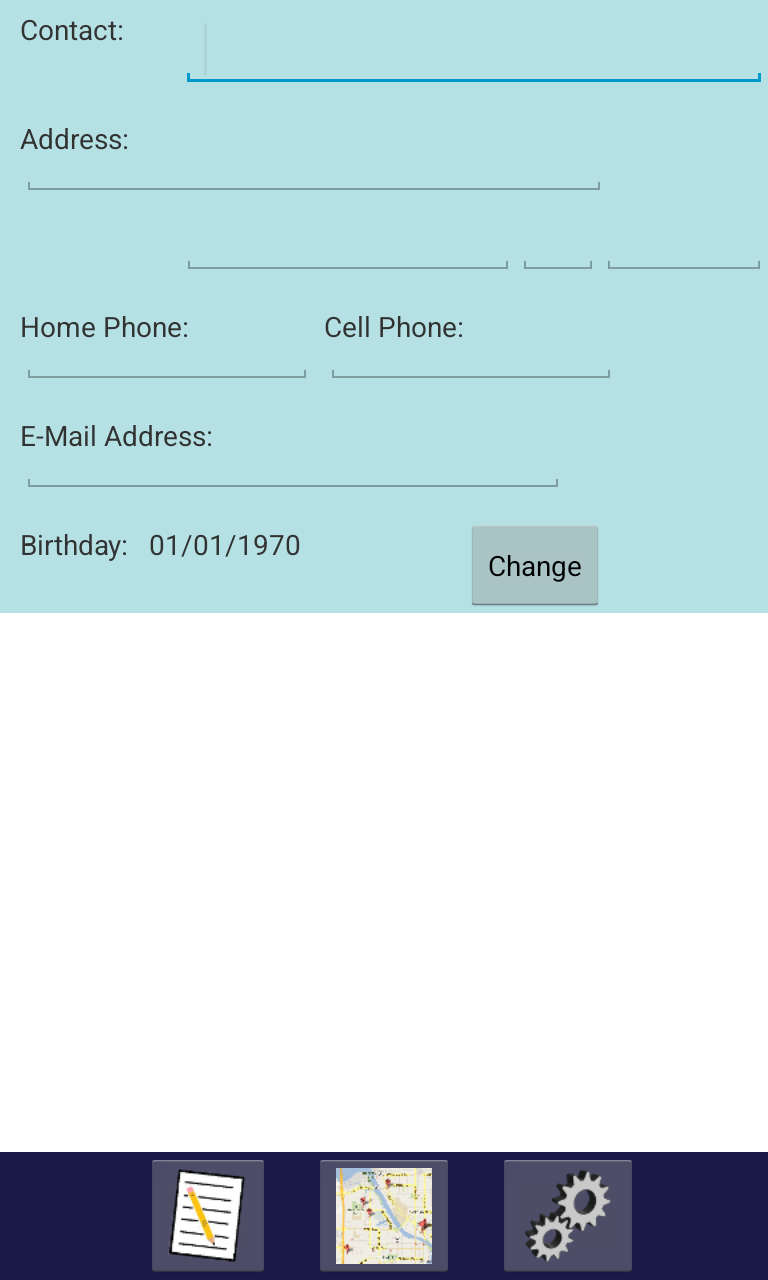
Repository: KarthikDulam/MobileAppDevelopment
Layout: MycontactList/res/layout/activity_contact.xml
An editor plug-in stored every save of this project. The layout is shown before and after the next save, followed by the edit.
It is drawn on a 768 x 1280 px phone screen (xhdpi) without system bars, with theme AppTheme; the app's code is not run.

Above is the layout before, as saved 2016-04-05 18:07:23.

After the next save:
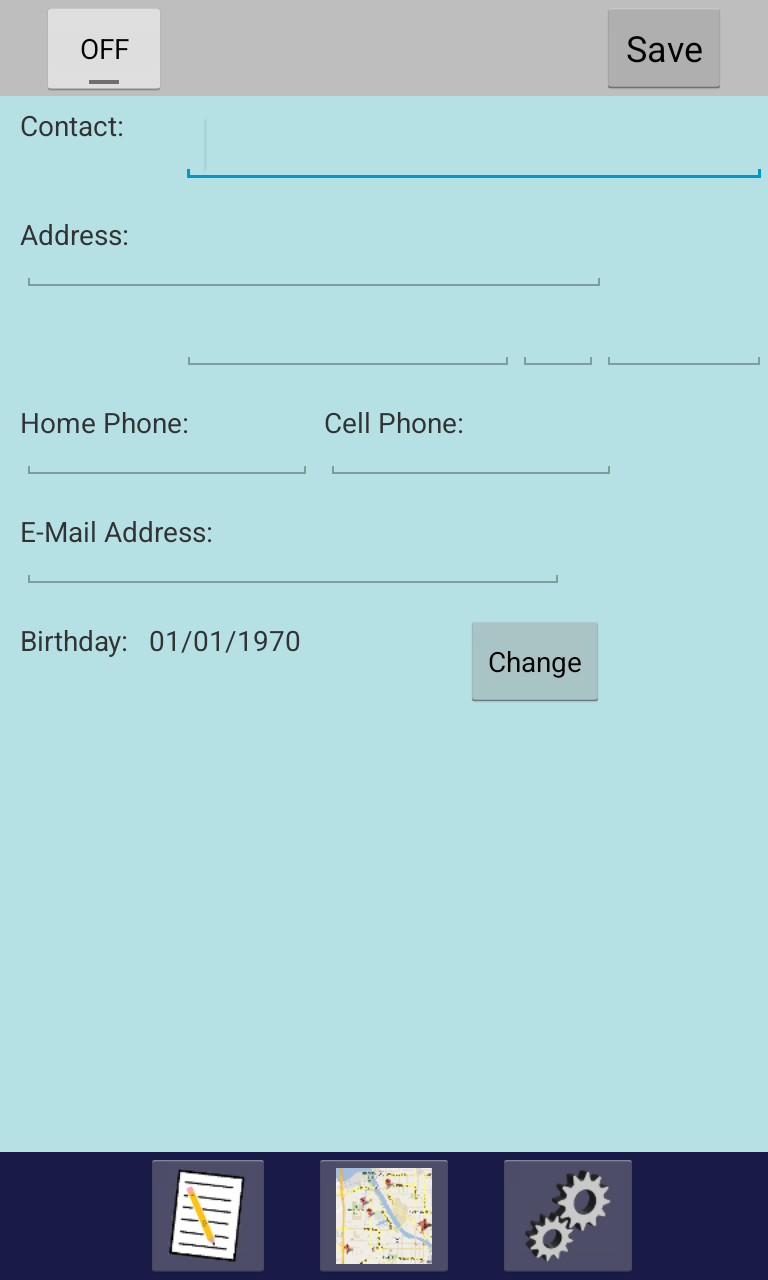
Saved 3 h 37 min later.
--- a/MycontactList/res/layout/activity_contact.xml
+++ b/MycontactList/res/layout/activity_contact.xml
@@ -74,7 +74,7 @@
         android:layout_width="match_parent"
         android:layout_height="wrap_content"
         android:layout_alignParentLeft="true"
-        android:background="@color/data_entry" >
+        android:background="@color/data_entry"
         android:layout_below="@+id/toolbar"
         android:layout_above="@+id/navbar" >
 
